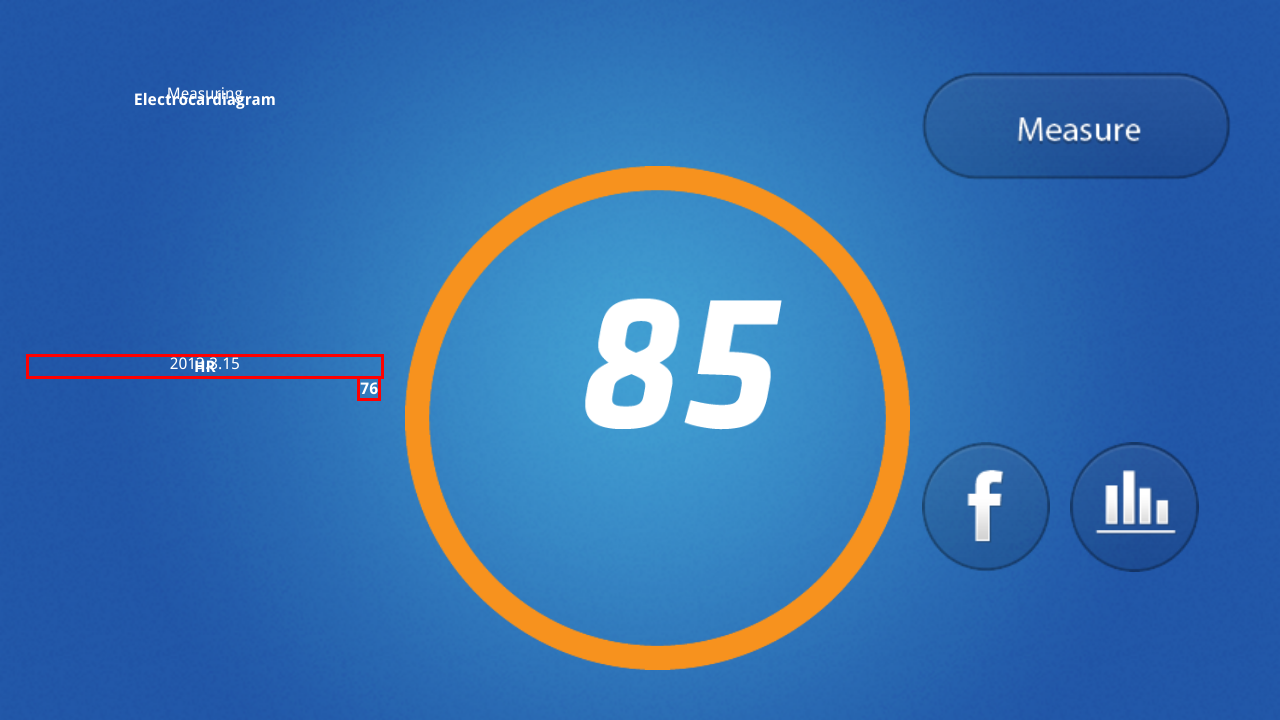
Repository: chouwill79131/IEcontest
Page: BluetoothChat/assets/complete.html
An editor plug-in stored every save of this project. The page is shown before and after the next save, followed by the edit.
The browser window is 1280 px wide. The pictures show the whole page.

Above is the page before, as saved 2013-03-08 17:50:38.
Console error: TypeError: Cannot set properties of null (setting 'innerHTML')

After the next save:
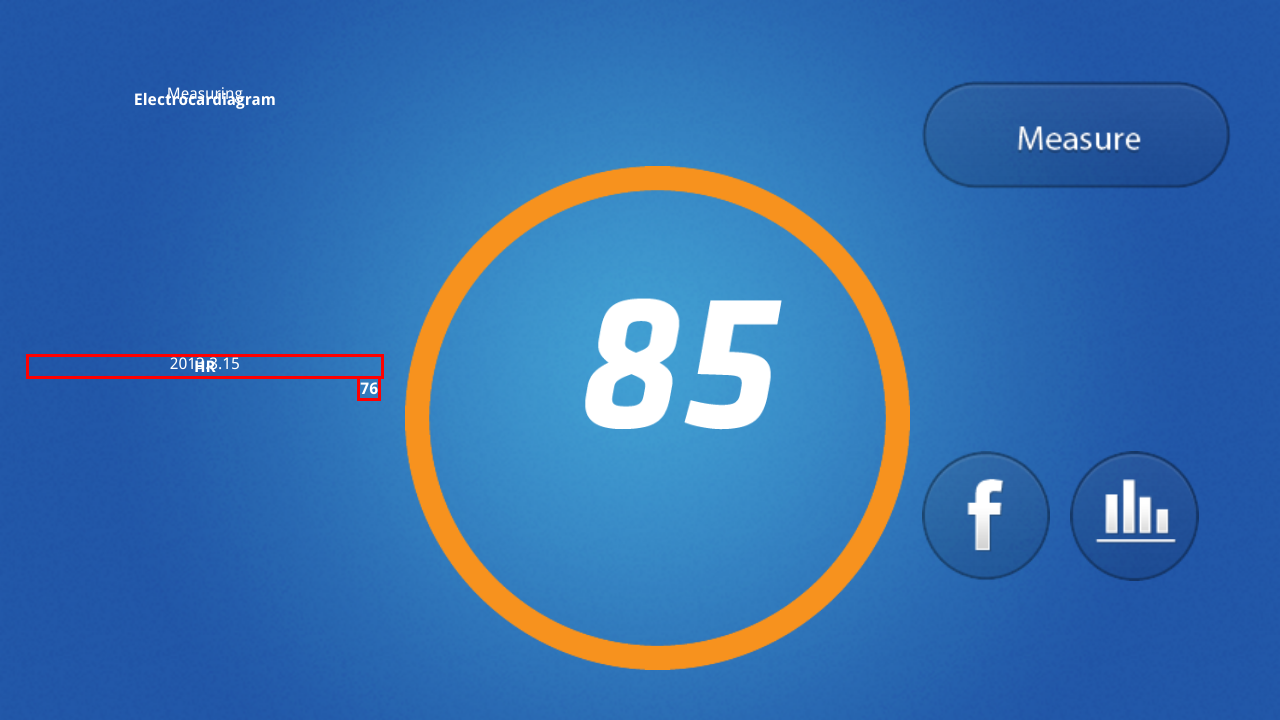
Saved 14 s later.
--- a/BluetoothChat/assets/complete.css
+++ b/BluetoothChat/assets/complete.css
@@ -28,7 +28,7 @@ body { margin:0; padding:0;}
 
 .right { width: 29%; }
 .right button { float: left; border: none; background: transparent; }
-.measure img {margin-top: 5%; width: auto;  height:15%; }
+.measure img {margin-top: 8%; width: auto;  height:15%; }
 .share img, .record img { width: auto;  height:18%; }
 .measure { margin-left: 2%; margin-top: 15%; }
 .share, .record { background: red;margin-top: 70%; margin-left: 2%; }
